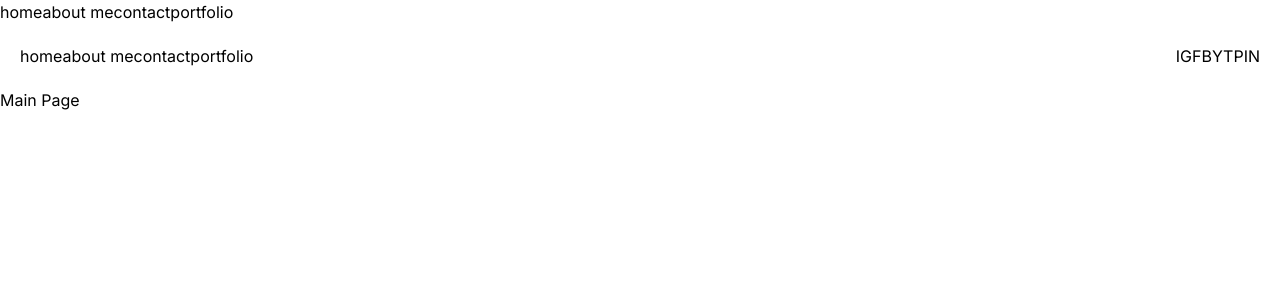
Repository: hubertrh/klaudia-personal-next
Page: /
An editor plug-in stored every save of this project. The page is shown before and after the next save, followed by the edit.
The browser window is 1280 px wide. The pictures show the whole page.
The project was rebuilt for these pictures with package versions that can differ from the ones it lists, and the page was loaded fresh each time. The framework's server and built-in components were replaced by stand-ins that run in the browser. Also part of the build but not shown: next.config.js.

Above is the page before, as saved 2023-08-11 09:50:56.

### app/layout.tsx
import './globals.css';
import type { Metadata } from 'next';
import { Inter } from 'next/font/google';
import Link from 'next/link';

const inter = Inter({ subsets: ['latin'] });

export const metadata: Metadata = {
  title: 'Klaudia Rogala-Haracz',
  description: 'Portrait and reportage photography. Based in London.',
};

export default function RootLayout({
  children,
}: {
  children: React.ReactNode;
}) {
  return (
    <html lang="en">
      <body className={inter.className}>
        <header>
          <nav>
            <Link href="#!">home</Link>
            <Link href="#!">about me</Link>
            <Link href="#!">contact</Link>
            <Link href="#!">portfolio</Link>
          </nav>
          <div></div>
        </header>
        {children}
      </body>
    </html>
  );
}

### app/(site)/layout.tsx
import '../globals.css';
import type { Metadata } from 'next';
import { Inter } from 'next/font/google';
import Link from 'next/link';

const inter = Inter({ subsets: ['latin'] });

export const metadata: Metadata = {
  title: 'Klaudia Rogala-Haracz',
  description: 'Portrait and reportage photography. Based in London.',
};

export default function RootLayout({
  children,
}: {
  children: React.ReactNode;
}) {
  return (
    <html lang="en">
      <body className={inter.className}>
        <header className="m-5 flex justify-between">
          <nav>
            <Link href="#!">home</Link>
            <Link href="#!">about me</Link>
            <Link href="#!">contact</Link>
            <Link href="/portfolio">portfolio</Link>
          </nav>
          <div>
            <Link href="https://www.instagram.com/_klaudiarogala/">IG</Link>
            <Link href="https://www.facebook.com/klaudiarogalaphotographer/">
              FB
            </Link>
            <Link href="https://www.youtube.com/channel/UCyVfMWp16X_wYCG9213YOQw/">
              YT
            </Link>
            <Link href="https://www.pinterest.com/zuzannnnaa/">PIN</Link>
            {/* <a class="lang-btn" href="/pl/index.html"><img src="/icons/flag-pl.svg" /></a> */}
          </div>
        </header>
        {children}
      </body>
    </html>
  );
}

### app/(site)/page.tsx
export default function Home() {
  return <div>Main Page</div>;
}

### app/globals.css
@tailwind base;
@tailwind components;
@tailwind utilities;

:root {
  --foreground-rgb: 0, 0, 0;
  --background-rgb: 255, 255, 255;
}

body {
  color: rgb(var(--foreground-rgb));
  background: rgb(var(--background-end-rgb));
}

Loaded but not shown: tailwind.config.js (common file)

After the next save:
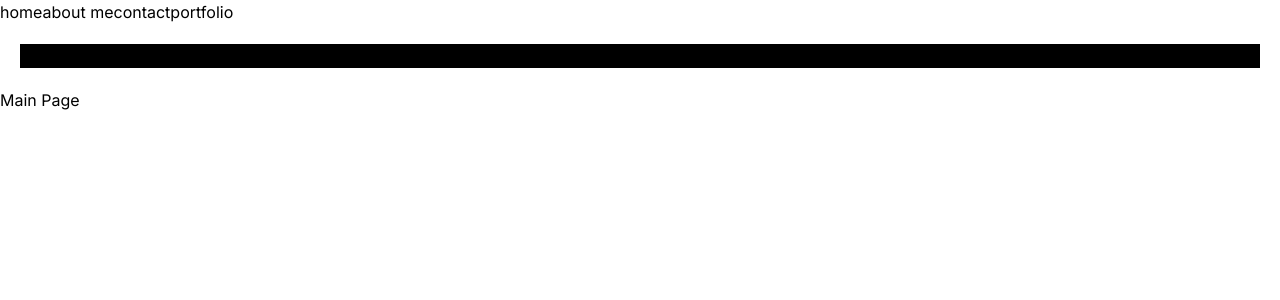
Saved 13 s later.
--- a/app/(site)/layout.tsx
+++ b/app/(site)/layout.tsx
@@ -18,7 +18,7 @@ export default function RootLayout({
   return (
     <html lang="en">
       <body className={inter.className}>
-        <header className="m-5 flex justify-between">
+        <header className="m-5 flex justify-between bg-black">
           <nav>
             <Link href="#!">home</Link>
             <Link href="#!">about me</Link>
